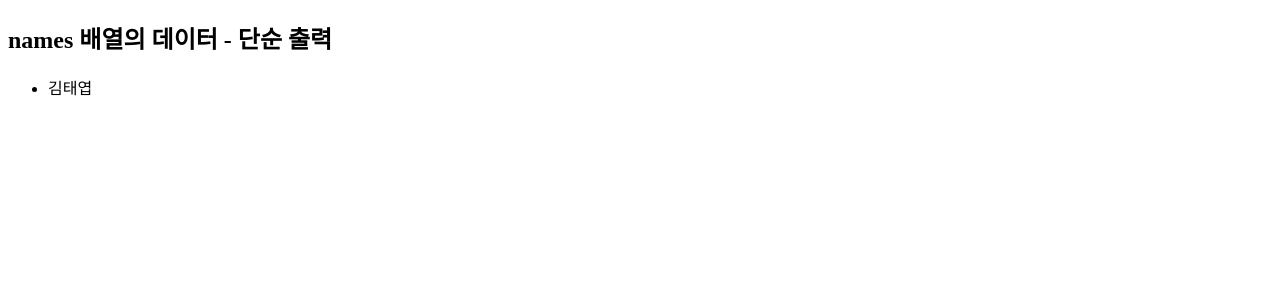
Repository: okgunyang/jsp
Page: http://localhost/practice02/GetJavaDataCtrl.do
These files come from the project's save history. The page is drawn as it stood at one moment and after the next save; the edit follows.
The browser window is 1280 px wide. The pictures show the whole page.
The page is served by Tomcat 9. Other server files are loaded and not shown.

Above is the page before, as saved 2022-11-10 06:08:06.

### practice02/WebContent/06getJavaData.jsp
<%@ page language="java" contentType="text/html; charset=UTF-8"
    pageEncoding="UTF-8"%>
<%@ taglib prefix="c" uri="http://java.sun.com/jsp/jstl/core"  %>
<%@ taglib prefix="fmt" uri="http://java.sun.com/jsp/jstl/fmt" %>
<%@ page import="java.util.*, java.lang.*" %>
<%@ page import="java.text.*, java.net.InetAddress" %>
<%@ page import="com.example.*" %>
<%@ include file="common.jsp" %>
<!DOCTYPE html>
<html>
<head>
<meta charset="UTF-8">
<title>06getJavaData - Java 객체를 EL로 받기</title>
</head>
<body>
<h2>names 배열의 데이터 - 단순 출력</h2>
<ul>
	<li>${names[0] }</li>
</ul>
</body>
</html>

### practice02/WebContent/common.jsp
<%@ page language="java" contentType="text/html; charset=UTF-8"
    pageEncoding="UTF-8"%>
<%
%>

### practice02/src/com/example/GetJavaDataCtrl.java
package com.example;

import java.io.IOException;
import java.util.ArrayList;
import java.util.HashMap;

import javax.servlet.RequestDispatcher;
import javax.servlet.ServletException;
import javax.servlet.annotation.WebServlet;
import javax.servlet.http.HttpServlet;
import javax.servlet.http.HttpServletRequest;
import javax.servlet.http.HttpServletResponse;

@WebServlet("/GetJavaDataCtrl.do")
public class GetJavaDataCtrl extends HttpServlet {
	private static final long serialVersionUID = 1L;

    public GetJavaDataCtrl() {
        super();
    }

	protected void service(HttpServletRequest request, HttpServletResponse response) throws ServletException, IOException {
		String[] names = {"김태엽","한태헌","김도연","박평화"};

		ArrayList<String> list = new ArrayList<String>();
		list.add("고유진");
		list.add("한시연");
		list.add("남송윤");
		list.add("강병수");

		HashMap<String, String> map = new HashMap<>();
		map.put("name1", "조민재");
		map.put("name2", "이하영");
		map.put("name3", "김연정");
		map.put("name4", "김지훈");

		HashMap<String, String> map2 = new HashMap<>();
		map2.put("name", "김지은");
		map2.put("age", "59");
		map2.put("height", "184");

		Human vo = new Human();
		vo.setName("안효준");
		vo.setCountry("대한민국");
		vo.setAge(74);
		vo.setHobby("총싸움");

		ArrayList<Human> hList = new ArrayList<Human>();
		Human human = new Human();
		human.setName("정진석");
		human.setAge(97);
		human.setCountry("콩고");
		human.setHobby("폭포에서 뛰어내리기");
		hList.add(human);

		Human human2 = new Human();
		human.setName("정병진");
		human.setAge(88);
		human.setCountry("이집트");
		human.setHobby("사막에서 바늘찾기");
		hList.add(human2);

		Human human3 = new Human();
		human.setName("박정우");
		human.setAge(75);
		human.setCountry("리비아");
		human.setHobby("두문불출");
		hList.add(human3);

		request.setAttribute("names", names);
		request.setAttribute("list", list);
		request.setAttribute("map", map);
		request.setAttribute("map2", map2);
		request.setAttribute("vo", vo);
		request.setAttribute("hList", hList);
		//06getJavaData.jsp
		RequestDispatcher view = request.getRequestDispatcher("06getJavaData.jsp");
		view.forward(request, response);
	}
}

### practice02/src/com/example/Human.java
package com.example;

public class Human {
	private String country;
	private String name;
	private int age;
	private String hobby;
	public String getCountry() {
		return country;
	}
	public void setCountry(String country) {
		this.country = country;
	}
	public String getName() {
		return name;
	}
	public void setName(String name) {
		this.name = name;
	}
	public int getAge() {
		return age;
	}
	public void setAge(int age) {
		this.age = age;
	}
	public String getHobby() {
		return hobby;
	}
	public void setHobby(String hobby) {
		this.hobby = hobby;
	}
}

After the next save:
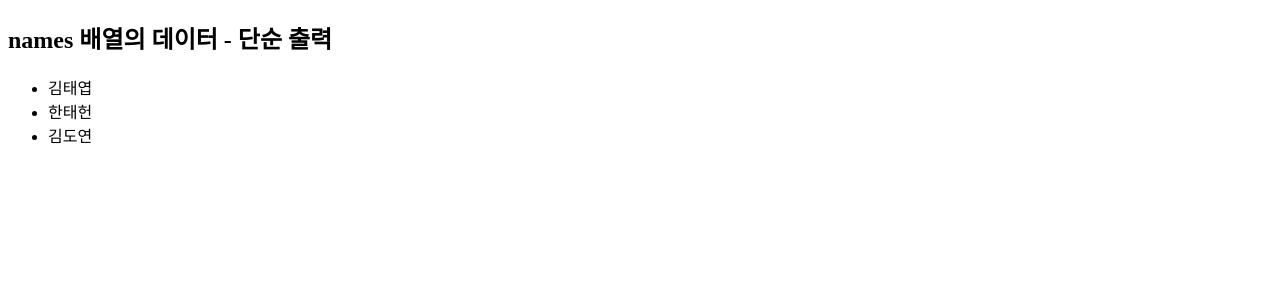
Saved 13 s later.
--- a/practice02/WebContent/06getJavaData.jsp
+++ b/practice02/WebContent/06getJavaData.jsp
@@ -16,6 +16,8 @@
 <h2>names 배열의 데이터 - 단순 출력</h2>
 <ul>
 	<li>${names[0] }</li>
+	<li>${names[1] }</li>
+	<li>${names[2] }</li>
 </ul>
 </body>
 </html>
